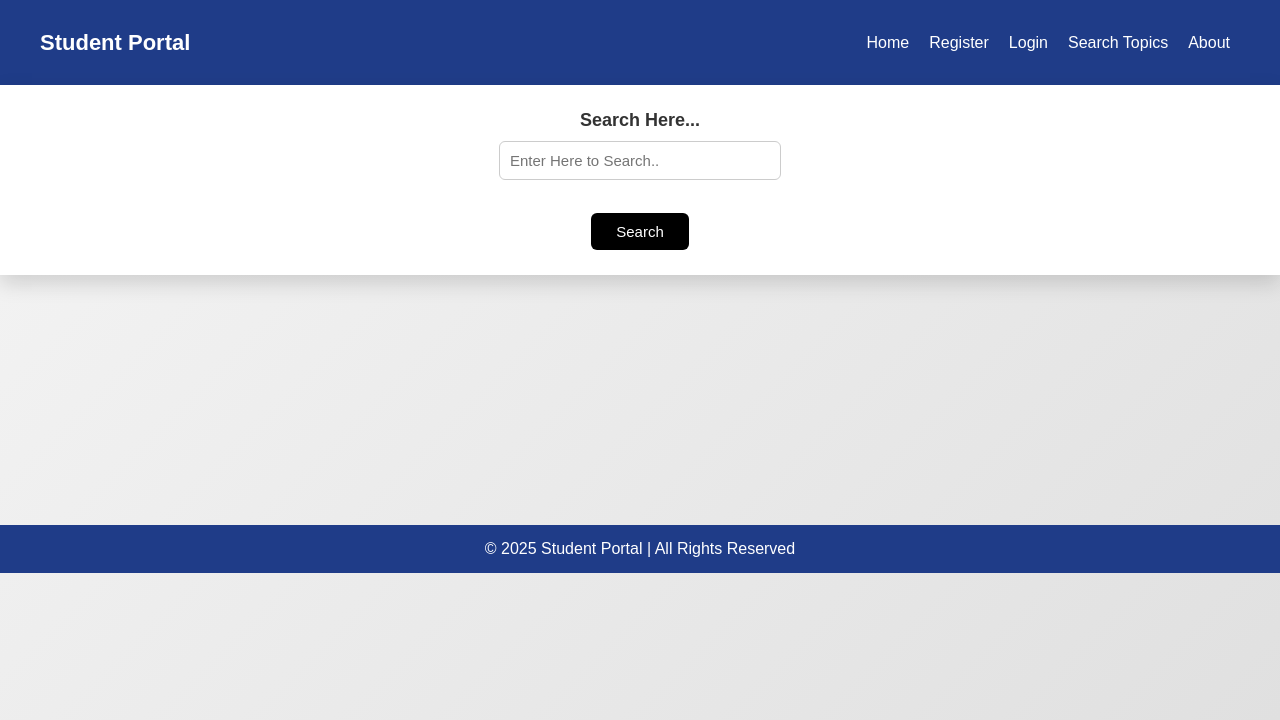
Repository: Tanvisalunkhe/Java_Codes
Page: demo/src/main/webapp/Search.html
An editor plug-in stored every save of this project. The page is shown before and after the next save, followed by the edit.
The browser window is 1280 px wide. The pictures show the whole page.

Above is the page before, as saved 2025-12-26 06:58:14.

### demo/src/main/webapp/Search.html
<!DOCTYPE html>
<html>
<head>
<meta charset="UTF-8">
<title>Search Page</title>
<style>
body {
    margin: 0;
    padding: 0;
    height: 100vh;
    font-family: Arial, sans-serif;
    background: linear-gradient(135deg, #f5f5f5, #e0e0e0);

    align-items: center;
    justify-content: center;
}
/* Navbar */
        .navbar {
            background-color: #1f3c88; /* Dark Blue */
            padding: 15px 40px;
            display: flex;
            justify-content: space-between;
            align-items: center;
            margin:auto;
        }

        .navbar h1 {
            color: white;
            font-size: 22px;
        }

        .navbar ul {
            list-style: none;
            display: flex;
        }

        .navbar ul li {
            margin-left: auto;
        }

        .navbar ul li a {
            color: white;
            text-decoration: none;
            font-size: 16px;
            padding: 6px 10px;
        }

        .navbar ul li a:hover {
            background-color: #ffffff;
            color: #1f3c88;
            border-radius: 4px;
        }
form {
    background: #ffffff;
    padding: 25px 30px;
    margin-top:50
    border-radius: 10px;
    box-shadow: 0 8px 20px rgba(0, 0, 0, 0.15);
    text-align: center;
}

label {
    display: block;
    font-size: 18px;
    font-weight: bold;
    margin-bottom: 10px;
    color: #333;
}

input[type="text"] {
    width: 260px;
    padding: 10px;
    border: 1px solid #ccc;
    border-radius: 6px;
    font-size: 15px;
    outline: none;
}

input[type="text"]:focus {
    border-color: #000;
}

button {
    margin-top: 15px;
    padding: 10px 25px;
    border: none;
    border-radius: 6px;
    background: #000;
    color: #fff;
    font-size: 15px;
    cursor: pointer;
    transition: background 0.3s ease;
}

button:hover {
    background: #333;
}
 /* Footer */
        footer {
            background-color: #1f3c88;
            color: white;
            text-align: center;
            padding: 15px;
            margin-top: 250px;

        }
</style>
</head>
<body>
<!-- Navigation Bar -->
    <div class="navbar">
        <h1>Student Portal</h1>
        <ul>
            <li><a href="Home.html">Home</a></li>
            <li><a href="register.html">Register</a></li>
            <li><a href="login.html">Login</a></li>
            <li><a href="Search.html">Search Topics</a></li>
            <li><a href="">About</a></li>
        </ul>
    </div>
<form action="search" method="post">
<label>Search Here...</label>
<input type="text" name="search" placeholder="Enter Here to Search.." required>
<br>
<br>
<button type="submit">Search</button>

</form>
<!-- Footer -->
    <footer>
        © 2025 Student Portal | All Rights Reserved
    </footer>
</body>
</html>

After the next save:
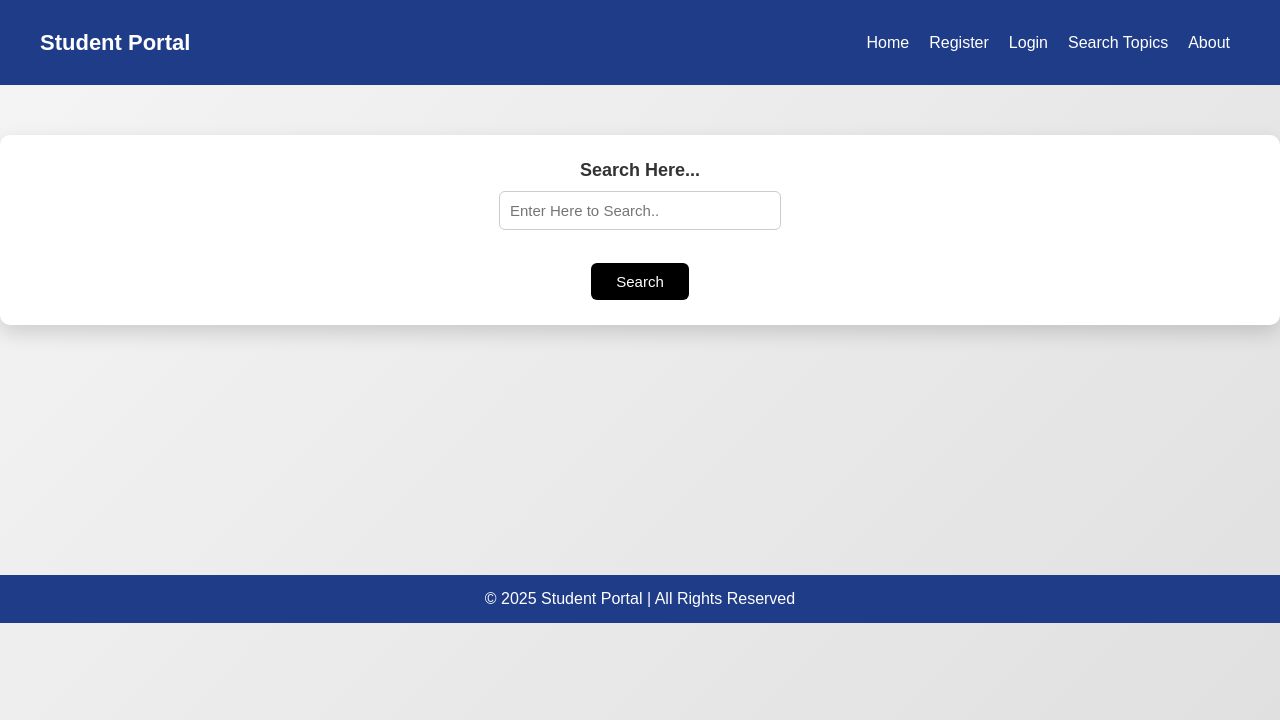
Saved 4 s later.
--- a/demo/src/main/webapp/Search.html
+++ b/demo/src/main/webapp/Search.html
@@ -53,7 +53,7 @@ body {
 form {
     background: #ffffff;
     padding: 25px 30px;
-    margin-top:50
+    margin-top:50px;
     border-radius: 10px;
     box-shadow: 0 8px 20px rgba(0, 0, 0, 0.15);
     text-align: center;
